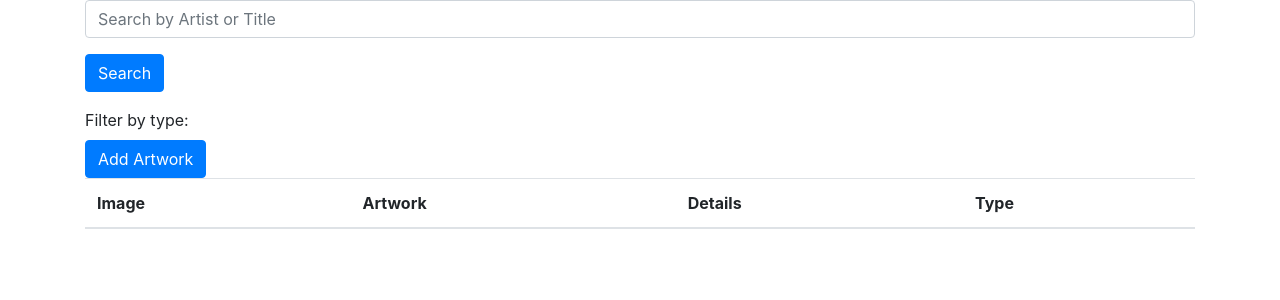
Repository: lynette-lyf/artwork-inventory
Page: http://localhost/
The author's editor kept a record of every edit. The page is drawn from the files as they stood at one moment, then again after the next edit.
The browser window is 1280 px wide. The pictures show the whole page.
The page is served by the project's application, run on Flask 3 (app.py). Queries for data that is not in the repository find no rows.

Above is the page before.

After the next edit:
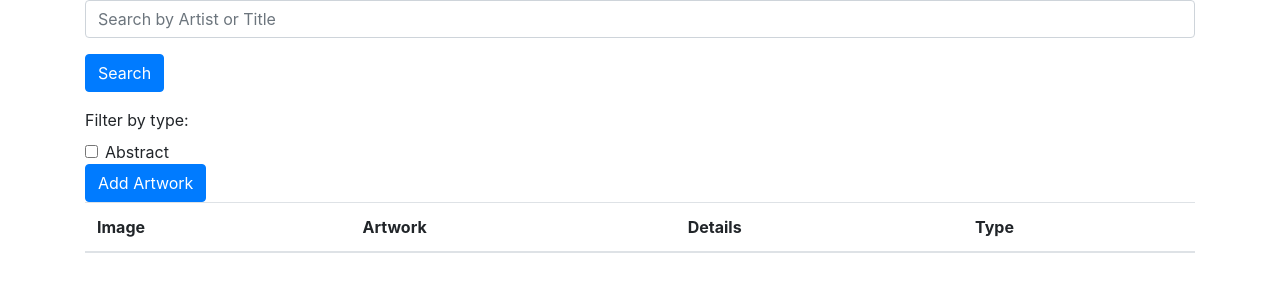
The edit:
--- a/templates/index.template.html
+++ b/templates/index.template.html
@@ -23,14 +23,8 @@
         <label>Filter by type:</label>
 
             <div class="form-check">
-            {% for t in all_types %}
-            <input class="form-check-input" type='checkbox' value='{{t}}' id="type" name="type"
-            {% if t in selected_type %} checked {%endif%}/>
-
-            <label class="form-check-label" for="{{t}}">
-              {{t}}
-            </label>
-            {%endfor%}
+            <input class="form-check-input" type='checkbox' value='Abstract' id="type" name="type">
+            <label class="form-check-label" for="Abstract">Abstract</label>
             </div>
 
         <a href="add-artwork" class="btn btn-primary">
